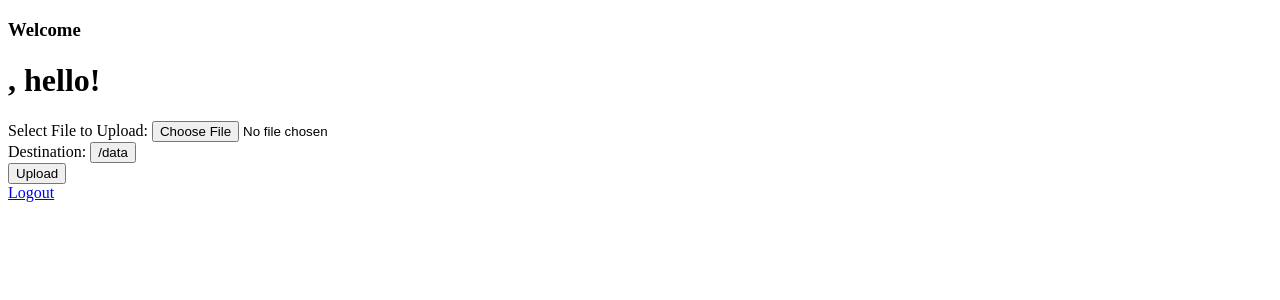
Repository: SvetlanaK367/TrainingJAVA
Page: http://localhost/FinalProject/jsp/main.jsp
The author's editor kept a copy of each file at every save. The page is drawn from the files as they stood at one save, then again after the next save.
The browser window is 1280 px wide. The pictures show the whole page.
The page is served by Tomcat 9. Other server files are loaded and not shown.

Above is the page before, as saved 2017-04-02 17:55:32.

### FinalProject/WebContent/jsp/main.jsp
<%@ page language="java" contentType="text/html; charset=UTF-8"
    pageEncoding="UTF-8"%>
<!DOCTYPE html PUBLIC "-//W3C//DTD HTML 4.01 Transitional//EN" "http://www.w3.org/TR/html4/loose.dtd">
<html>
<head>
<meta http-equiv="Content-Type" content="text/html; charset=UTF-8">
<title>Welcome</title>
</head>
<body>
	<h3>Welcome</h3>
		<h1> ${user}, hello!</h1>

		<form action="Controller" method="post" enctype="multipart/form-data">
			<input type="hidden" name="command" value="FileUpload2" />
            Select File to Upload:
            <input type="file" name="fileName" id="file" /> <br/>
            Destination:
            <input type="submit" value="/data" name="destination"/> </br>
            <input type="submit" value="Upload" name="upload" id="upload" />
        </form>

	<a href="controller?command=logout">Logout</a>
</body>
</html>

After the next save:
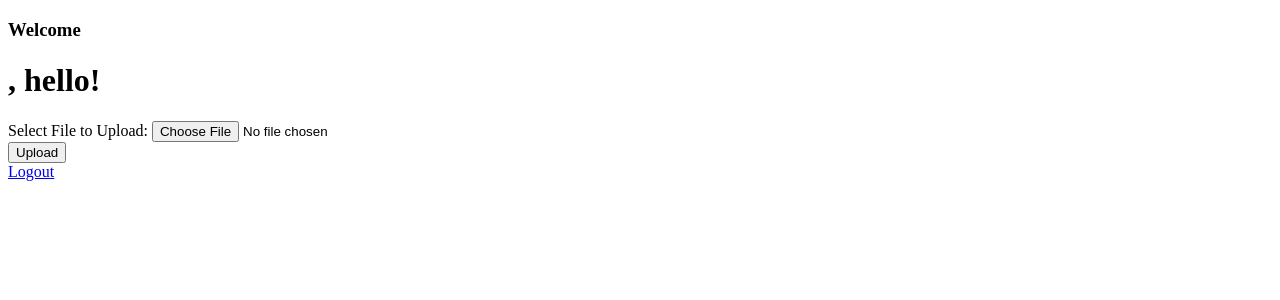
Saved 79 s later.
--- a/FinalProject/WebContent/jsp/main.jsp
+++ b/FinalProject/WebContent/jsp/main.jsp
@@ -14,8 +14,6 @@
 			<input type="hidden" name="command" value="FileUpload2" />
             Select File to Upload:
             <input type="file" name="fileName" id="file" /> <br/>
-            Destination:
-            <input type="submit" value="/data" name="destination"/> </br>
             <input type="submit" value="Upload" name="upload" id="upload" />
         </form>
 
